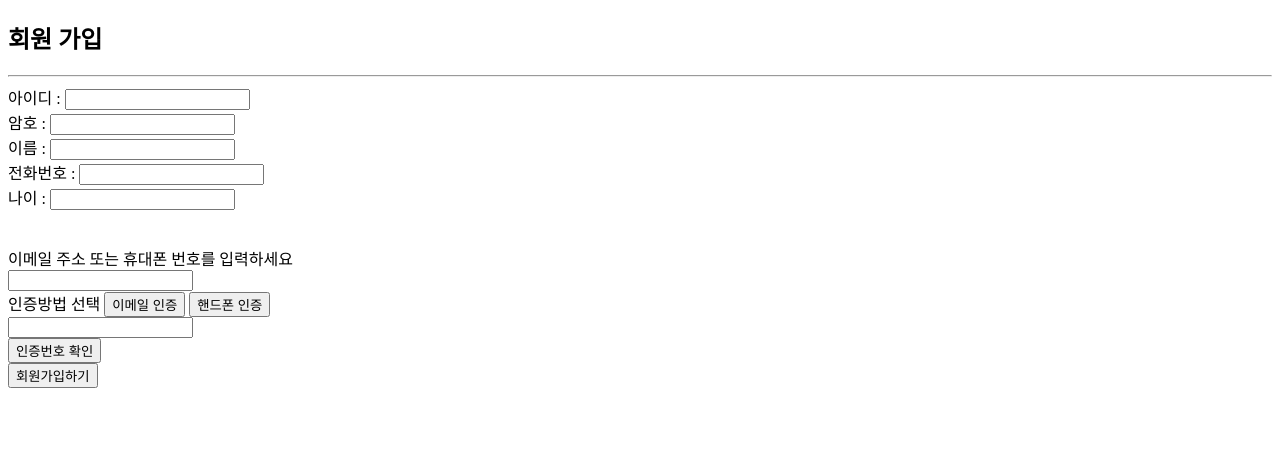
Repository: 0hmuse/day0330-2
Page: day0330-1/src/main/resources/static/test.html
The author's editor kept a copy of each file at every save. The page is drawn from the files as they stood at one save, then again after the next save.
The browser window is 1280 px wide. The pictures show the whole page.

Above is the page before, as saved 2020-03-30 22:30:37.

After the next save:
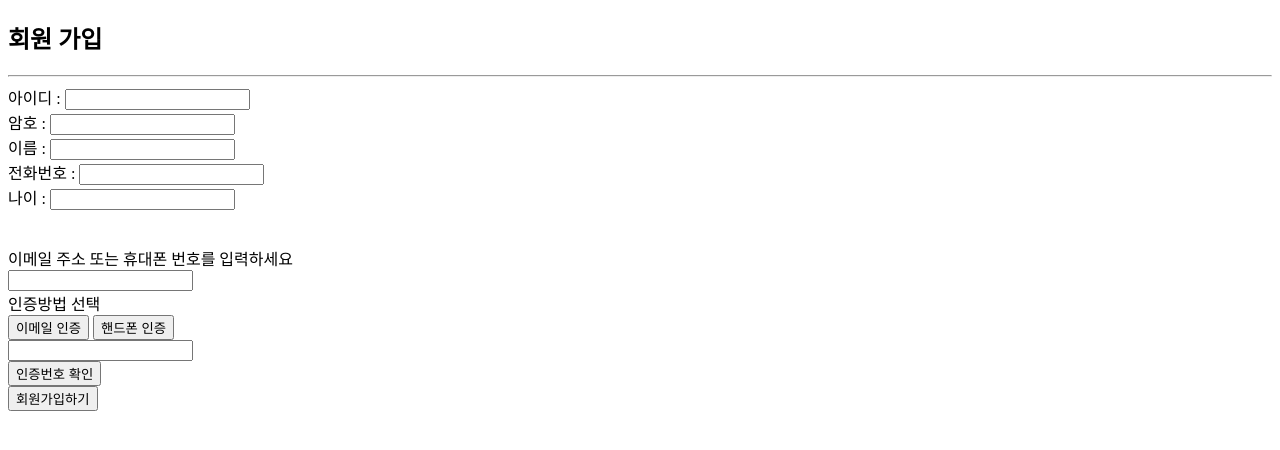
Saved 12 s later.
--- a/day0330-1/src/main/resources/static/test.html
+++ b/day0330-1/src/main/resources/static/test.html
@@ -58,7 +58,7 @@ $("#btn_phone").click(function(){
 		<form id="g">
 				<input type='text' id='in1' name='in1'>
 		</form>
-			인증방법 선택
+			인증방법 선택<br>
 				<button id="btn_email">이메일 인증</button>
 				<button id="btn_phone">핸드폰 인증</button>
 				<br>
